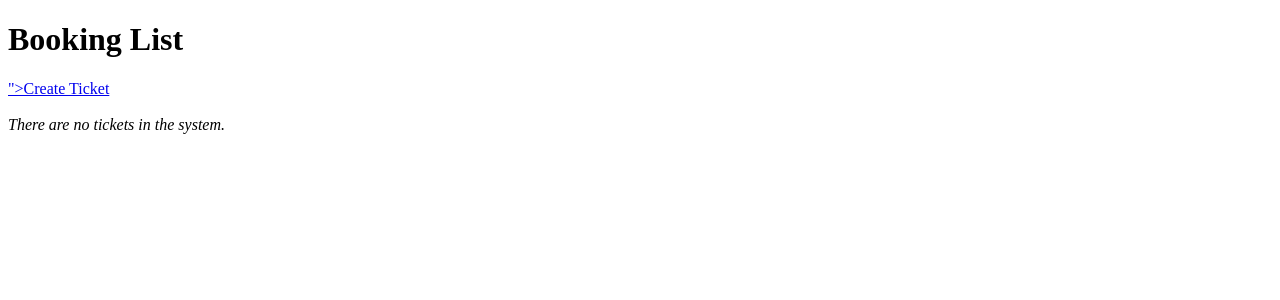
Repository: lucidcoding/CampervibeJava
Page: http://localhost/Campervibe/booking
The author's editor kept a copy of each file at every save. The page is drawn from the files as they stood at one save, then again after the next save.
The browser window is 1280 px wide. The pictures show the whole page.
The page is served by Tomcat 9. Other server files are loaded and not shown.

Above is the page before, as saved 2016-01-10 18:14:44.

### Campervibe/WebContent/WEB-INF/jsp/view/listBookings.jsp
<%@ page session="false" %>
<%@ page import="java.util.Map, java.util.UUID" %>
<%@ page import="uk.co.luciditysoftware.campervibe.domain.entities.Booking" %>

<%
    @SuppressWarnings("unchecked")
    Map<UUID, Booking> bookingDatabase =
            (Map<UUID, Booking>)request.getAttribute("bookingDatabase");
%>
<!DOCTYPE html>
<html>
<head>
<meta http-equiv="Content-Type" content="text/html; charset=ISO-8859-1">
<title>Insert title here</title>
</head>
<body>
	<h1>${"Booking List"}</h1>

	<a href="<c:url value="booking">
            <c:param name="action" value="make" />
        </c:url>">Create Ticket</a>
        <br /><br />
        <%
            if(bookingDatabase.size() == 0)
            {
                %><i>There are no tickets in the system.</i><%
            }
            else
            {
                for(UUID id : bookingDatabase.keySet())
                {
                    String idString = id.toString();
                    Booking booking = bookingDatabase.get(id);
                    %>Ticket ${idString}: (#<%= idString %>)<a href="<c:url value="/tickets">
                        <c:param name="action" value="view" />
                        <c:param name="bookingId" value="<%= idString %>" />
                    </c:url>">${booking.getBookingNumber}(<%= booking.getBookingNumber() %>)
                    </a><br /><%
                }
            }
        %>

</body>
</html>

### Campervibe/src/uk/co/luciditysoftware/campervibe/ui/BookingServlet.java
package uk.co.luciditysoftware.campervibe.ui;

import java.io.IOException;
import java.math.BigDecimal;
import java.util.LinkedHashMap;
import java.util.Map;
import java.util.UUID;
import java.text.DateFormat;
import java.text.SimpleDateFormat;
import javax.servlet.ServletException;
import javax.servlet.http.HttpServlet;
import javax.servlet.http.HttpServletRequest;
import javax.servlet.http.HttpServletResponse;
import uk.co.luciditysoftware.campervibe.domain.entities.Booking;
import uk.co.luciditysoftware.campervibe.domain.entities.Depot;
import uk.co.luciditysoftware.campervibe.domain.entities.Vehicle;
import uk.co.luciditysoftware.campervibe.domain.requests.booking.MakeRequest;
import javax.servlet.annotation.WebServlet;
import javax.servlet.annotation.MultipartConfig;

@WebServlet(name = "bookingServlet", urlPatterns = { "/booking" }, loadOnStartup = 1)
@MultipartConfig(fileSizeThreshold = 5_242_880, // 5MB
maxFileSize = 20_971_520L, // 20MB
maxRequestSize = 41_943_040L // 40MB
)
public class BookingServlet extends HttpServlet {
	private static final long serialVersionUID = 1L;
    private Map<UUID, Booking> bookingDatabase = new LinkedHashMap<>();
    private Map<UUID, Vehicle> vehicleDatabase = new LinkedHashMap<>();

	/**
	 * @see HttpServlet#HttpServlet()
	 */
	public BookingServlet() {
		super();

		Depot depot = new Depot();
		depot.setId(UUID.randomUUID());
		depot.setName("Manchester");
		depot.setCode("MAN01");

		Vehicle vehicle1 = new Vehicle(){{
			setId(UUID.randomUUID());
			setName("Archie");
			setMake("Volkswagen");
			setModel("T1");
			setHomeDepot(depot);
			setPricePerDay(new BigDecimal(10.0));
		}};

		Vehicle vehicle2 = new Vehicle(){{
			setId(UUID.randomUUID());
			setName("Barry");
			setMake("Volkswagen");
			setModel("T2");
			setHomeDepot(depot);
			setPricePerDay(new BigDecimal(10.0));
		}};

		vehicleDatabase.put(vehicle1.getId(), vehicle1);
		vehicleDatabase.put(vehicle2.getId(), vehicle2);
	}

	/**
	 * @see HttpServlet#doGet(HttpServletRequest request, HttpServletResponse
	 *      response)
	 */
	protected void doGet(HttpServletRequest request, HttpServletResponse response)
			throws ServletException, IOException {

		String action = request.getParameter("action");

		if (action == null)
			action = "list";

		switch (action) {
		case "make":
			this.showMakeBookingForm(request, response);
			break;
		case "view":
			// this.viewTicket(request, response);
			break;
		case "download":
			// this.downloadAttachment(request, response);
			break;
		case "list":
		default:
			this.listBookings(request, response);
			break;
		}
	}

	/**
	 * @see HttpServlet#doPost(HttpServletRequest request, HttpServletResponse
	 *      response)
	 */
	protected void doPost(HttpServletRequest request, HttpServletResponse response)
			throws ServletException, IOException {
		String action = request.getParameter("action");

        if(action == null)
            action = "list";

        switch(action)
        {
            case "make":
                this.makeBooking(request, response);
                break;
            case "list":
            default:
                response.sendRedirect("tickets");
                break;
        }
	}

	private void listBookings(HttpServletRequest request, HttpServletResponse response)
			throws ServletException, IOException {
        request.setAttribute("bookingDatabase", this.bookingDatabase);
		request.getRequestDispatcher("/WEB-INF/jsp/view/listBookings.jsp").forward(request, response);
	}

	private void showMakeBookingForm(HttpServletRequest request, HttpServletResponse response)
			throws ServletException, IOException {
        request.setAttribute("vehicleDatabase", this.vehicleDatabase);
		request.getRequestDispatcher("/WEB-INF/jsp/view/makeBookingForm.jsp").forward(request, response);
	}

	private void makeBooking(HttpServletRequest request, HttpServletResponse response)
			throws ServletException, IOException {
		DateFormat formatter = new SimpleDateFormat("dd/MM/yyyy");

		MakeRequest makeRequest = new MakeRequest();

		try
		{
			makeRequest.setStartDate(formatter.parse(request.getParameter("startDate")));
		}
		catch(Exception ex){

		}

		try
		{
			makeRequest.setEndDate(formatter.parse(request.getParameter("endDate")));
		}
		catch(Exception ex){

		}

		UUID vehicleId = UUID.fromString(request.getParameter("vehicleId"));
		makeRequest.setVehicle(this.vehicleDatabase.get(vehicleId));

		Booking booking = Booking.make(makeRequest);
		this.bookingDatabase.put(booking.getId(), booking);
        request.setAttribute("bookingDatabase", this.bookingDatabase);
		request.getRequestDispatcher("/WEB-INF/jsp/view/listBookings.jsp").forward(request, response);
	}
}

After the next save:
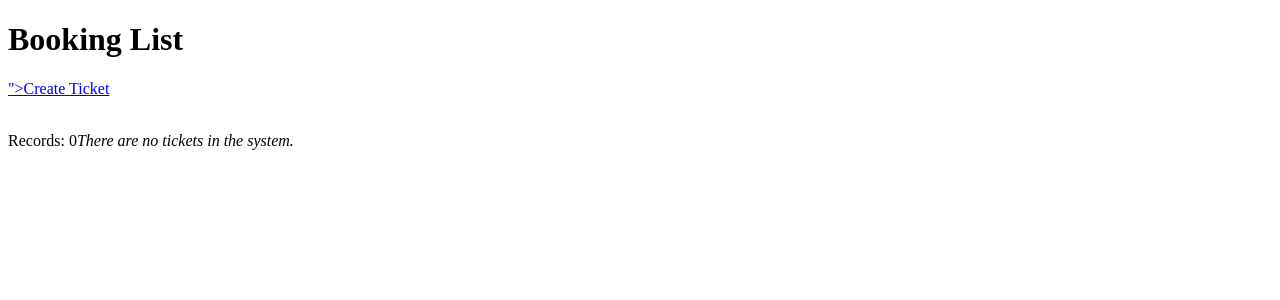
Saved 2 min 30 s later.
--- a/Campervibe/WebContent/WEB-INF/jsp/view/listBookings.jsp
+++ b/Campervibe/WebContent/WEB-INF/jsp/view/listBookings.jsp
@@ -20,6 +20,7 @@
             <c:param name="action" value="make" />
         </c:url>">Create Ticket</a>
         <br /><br />
+        <p>Records: ${bookingDatabase.size() }
         <%
             if(bookingDatabase.size() == 0)
             {
